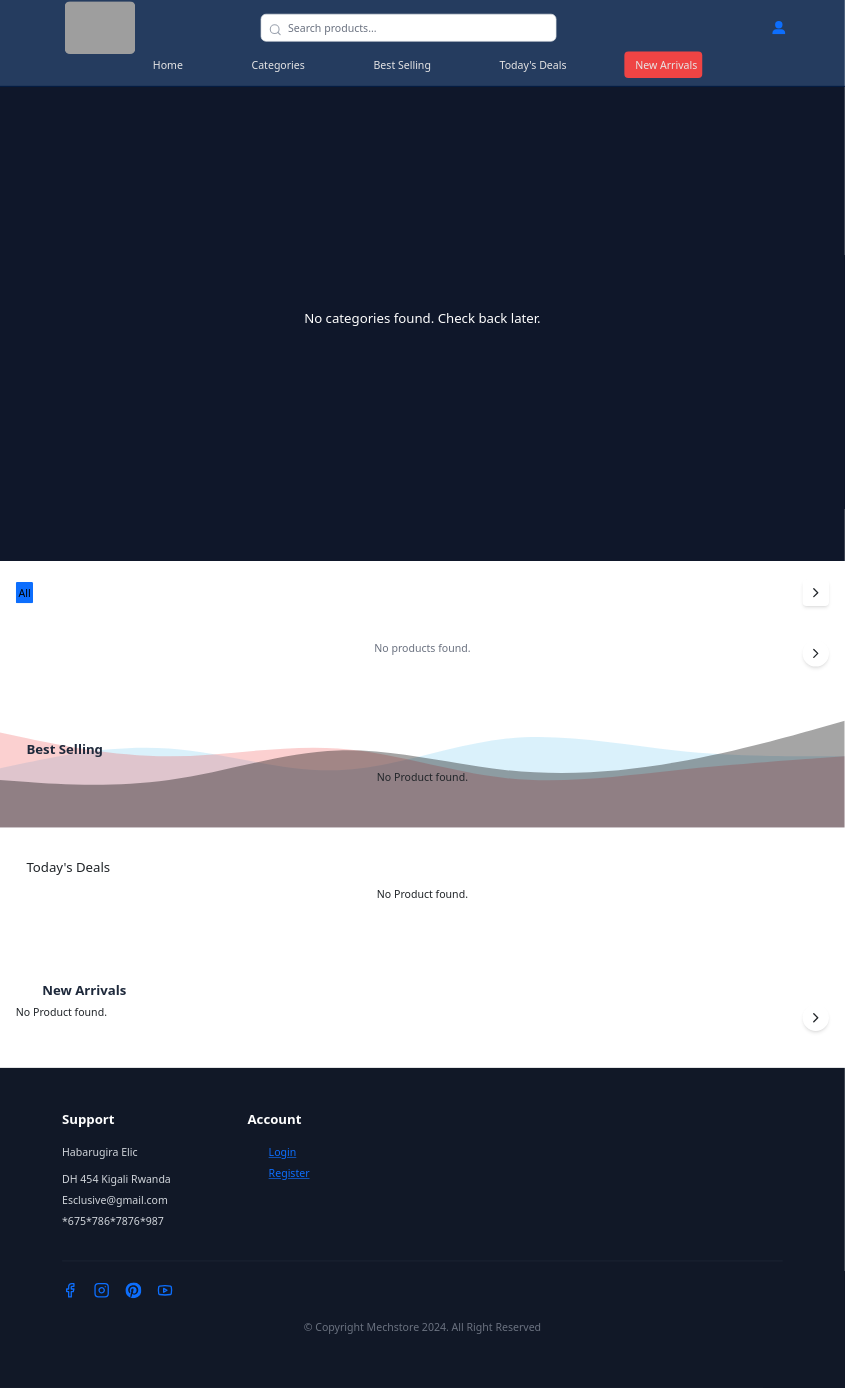
Repository: magicdeveloper250/future
Page: / (app in frontend/)
The author's editor kept a copy of each file at every save. The page is drawn from the files as they stood at one save, then again after the next save.
The browser window is 1280 px wide. The pictures show the whole page, at 66% of full size.
Pictures or frames that could not be fetched are drawn as grey boxes. The page's requests for data from a server got no answer. The project was rebuilt for these pictures with package versions that can differ from the ones it lists, and the page was loaded fresh each time. No one was signed in, and anything a server would have sent is missing. Also part of the build but not shown: frontend/vite.config.js, frontend/src/hooks/useUser.js, frontend/src/components/Sidebar.jsx, frontend/src/components/Header.jsx, frontend/src/pages/DashboardPage.jsx, frontend/src/pages/ProductPage.jsx, frontend/src/components/ProductT.jsx, frontend/src/components/Card.jsx and 18 more.

Above is the page before, as saved 2025-03-26 16:02:59.

After the next save:
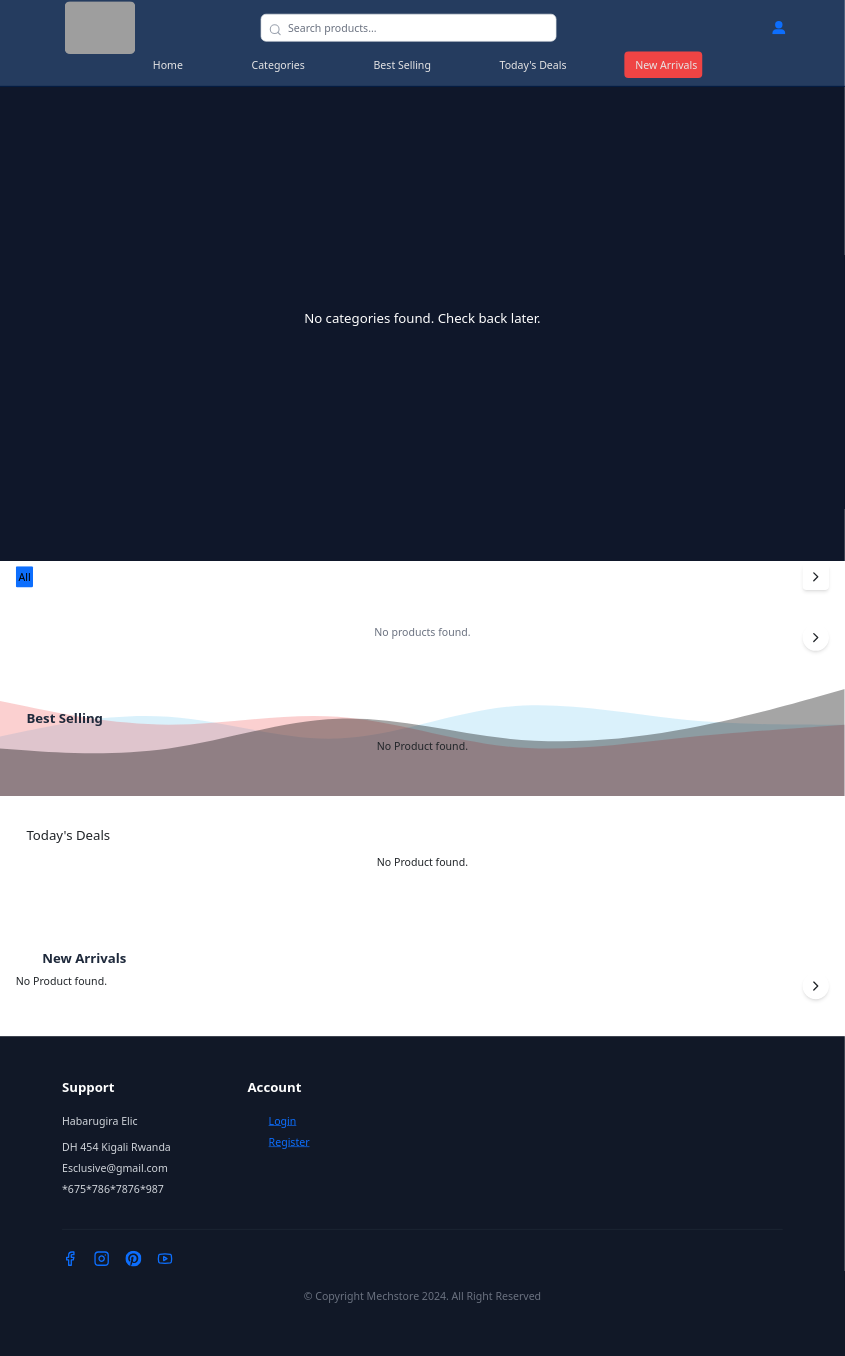
Saved 16 s later.
--- a/frontend/src/components/Categories/Categories.jsx
+++ b/frontend/src/components/Categories/Categories.jsx
@@ -69,7 +69,7 @@
   }, []);
 
   return (
-    <div className="w-full px-4 py-8">
+    <div className="w-full px-4 py-2">
       <div className="flex flex-wrap gap-1 items-center justify-between mb-6">
         <CategoriesScroller categories={categoryTypes} onSelectCategory={setSelectedFilter}/>
       </div>

After the save that followed:
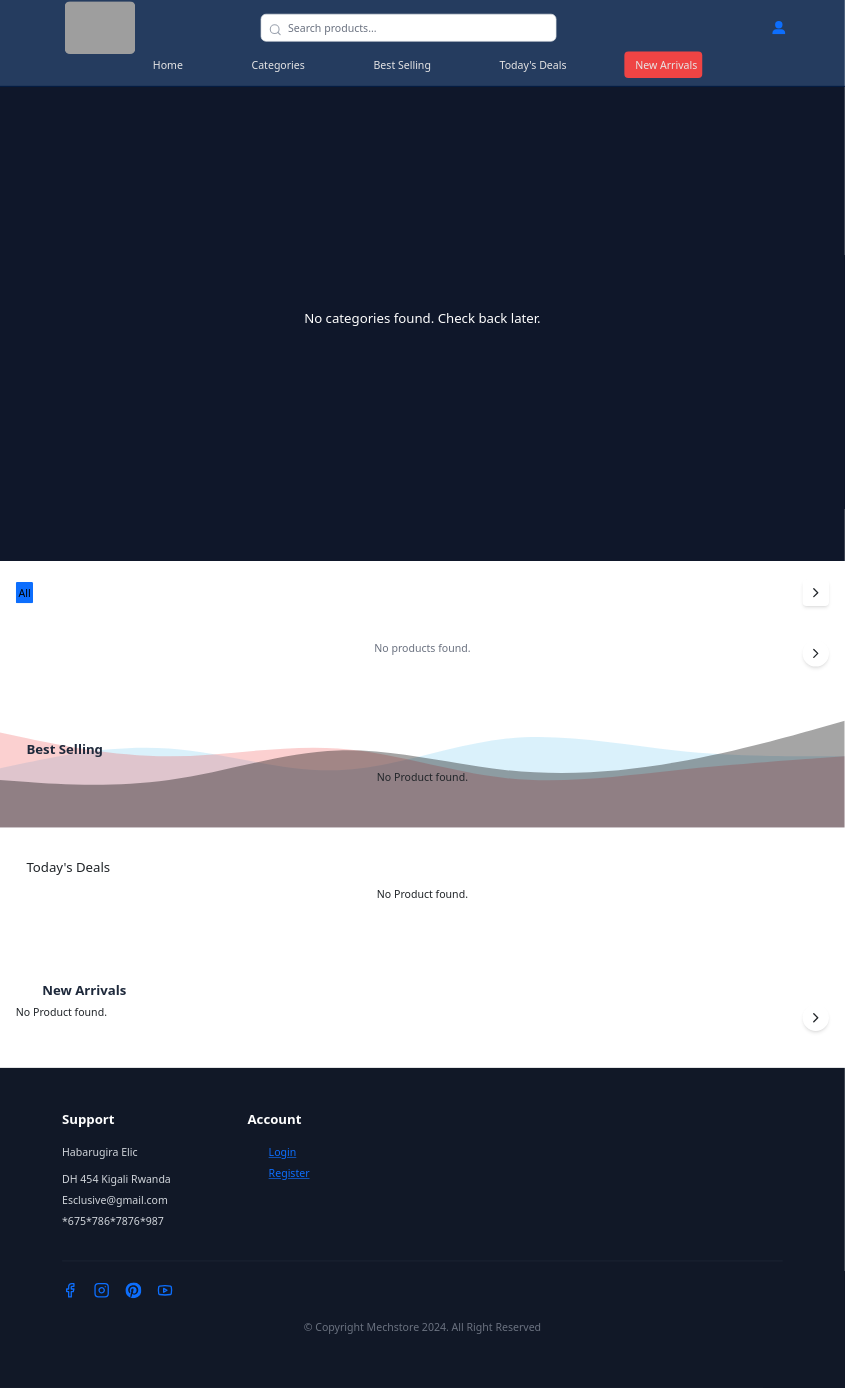
Saved 41 s later.
--- a/frontend/src/components/Categories/Categories.jsx
+++ b/frontend/src/components/Categories/Categories.jsx
@@ -69,7 +69,7 @@
   }, []);
 
   return (
-    <div className="w-full px-4 py-2">
+    <div className="w-full px-4 py-8">
       <div className="flex flex-wrap gap-1 items-center justify-between mb-6">
         <CategoriesScroller categories={categoryTypes} onSelectCategory={setSelectedFilter}/>
       </div>
